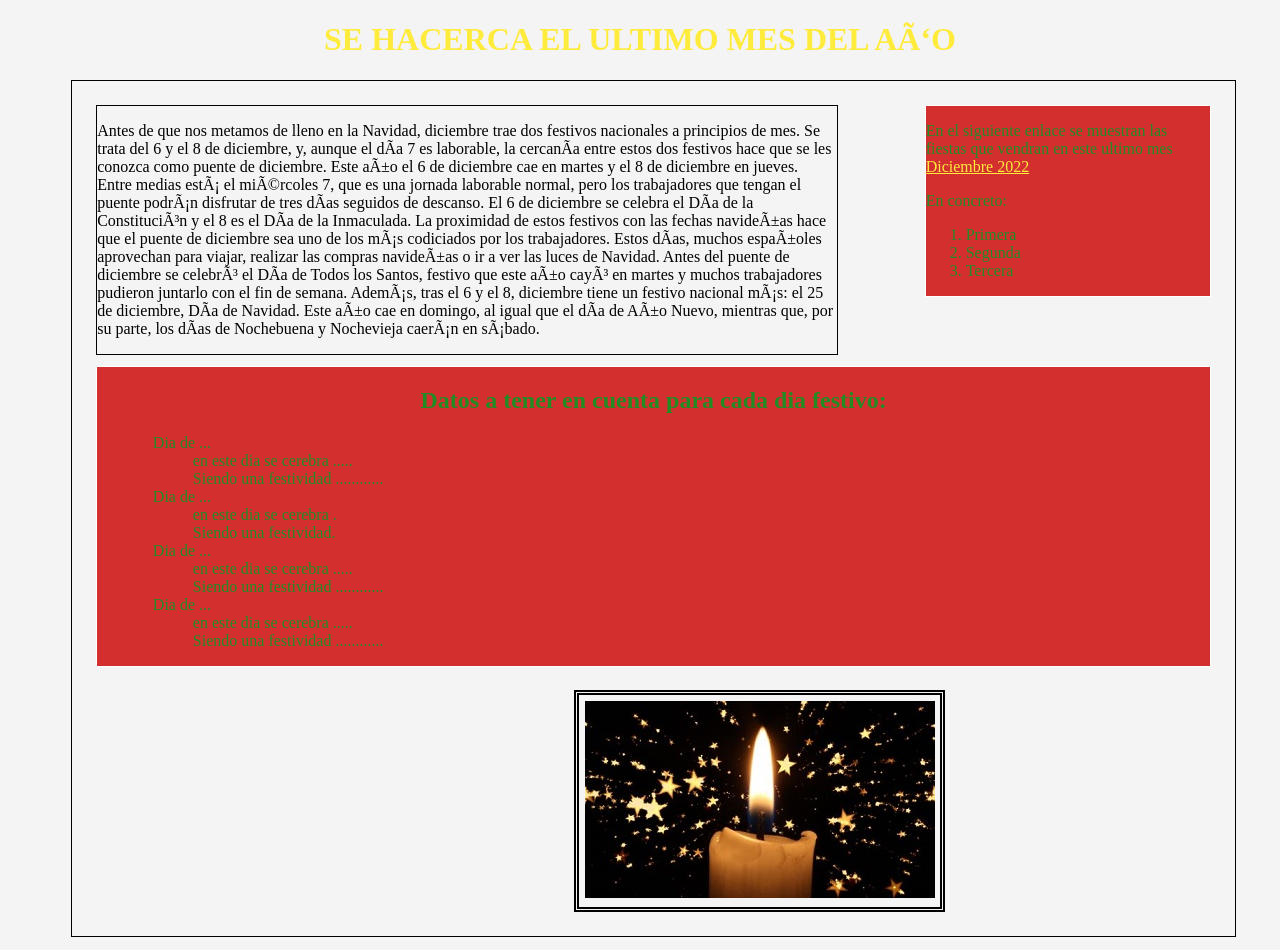
Repository: demoniers/clase
Page: lenguajes/examen2/src/index.html
These files come from the project's save history. The page is drawn as it stood at one moment and after the next save; the edit follows.
The browser window is 1280 px wide. The pictures show the whole page.

Above is the page before, as saved 2024-11-06 13:51:41.

After the next save:
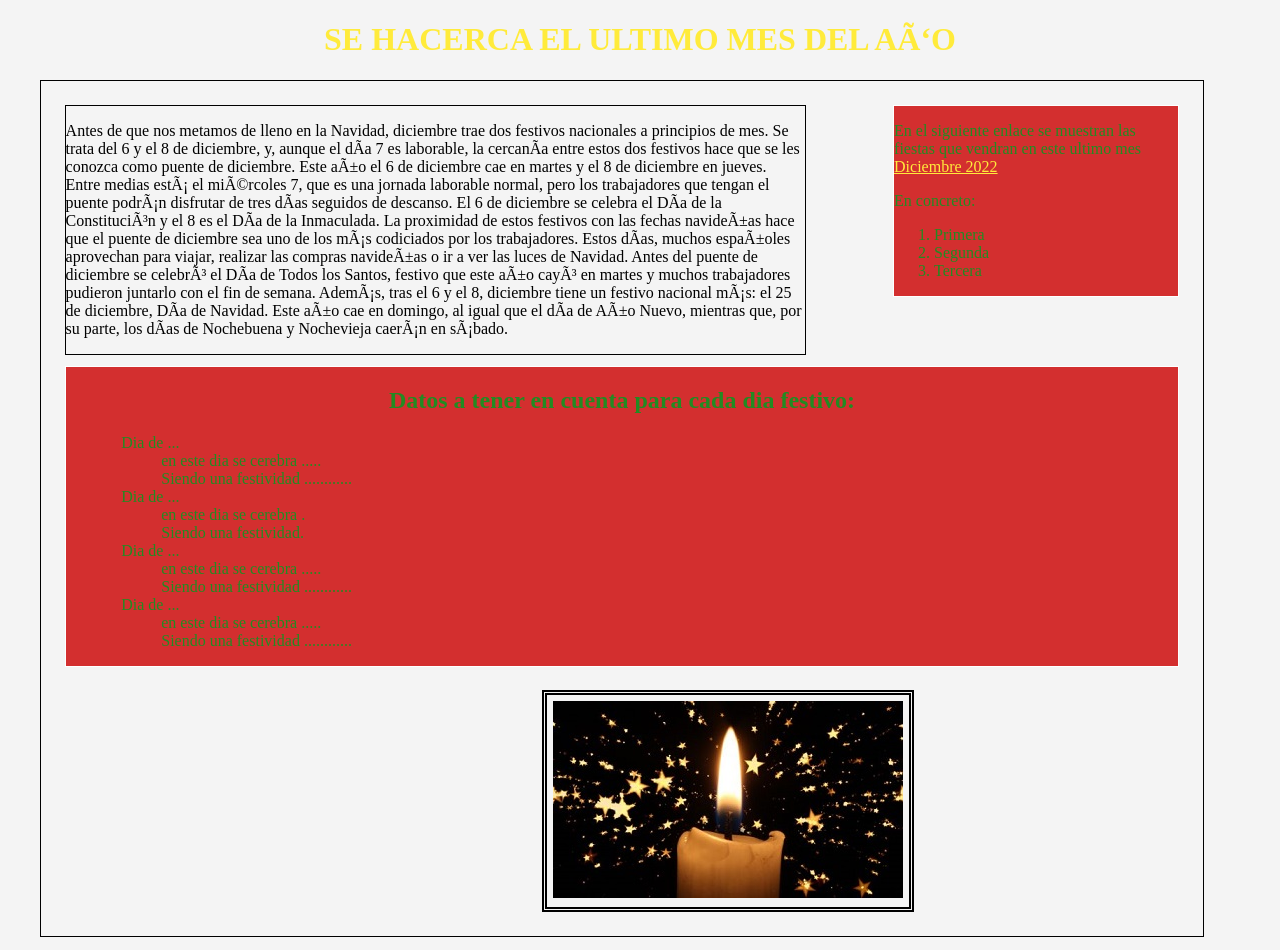
Saved 13 s later.
--- a/lenguajes/examen2/style/style.css
+++ b/lenguajes/examen2/style/style.css
@@ -7,7 +7,7 @@
 #container {
     border: 1px solid black;
     padding: 1%;
-    margin-left: 5%;
+    margin-left: 2.5%;
     margin-right: 5%;
     height: 9s0%;
     width: 90%;

After the save that followed:
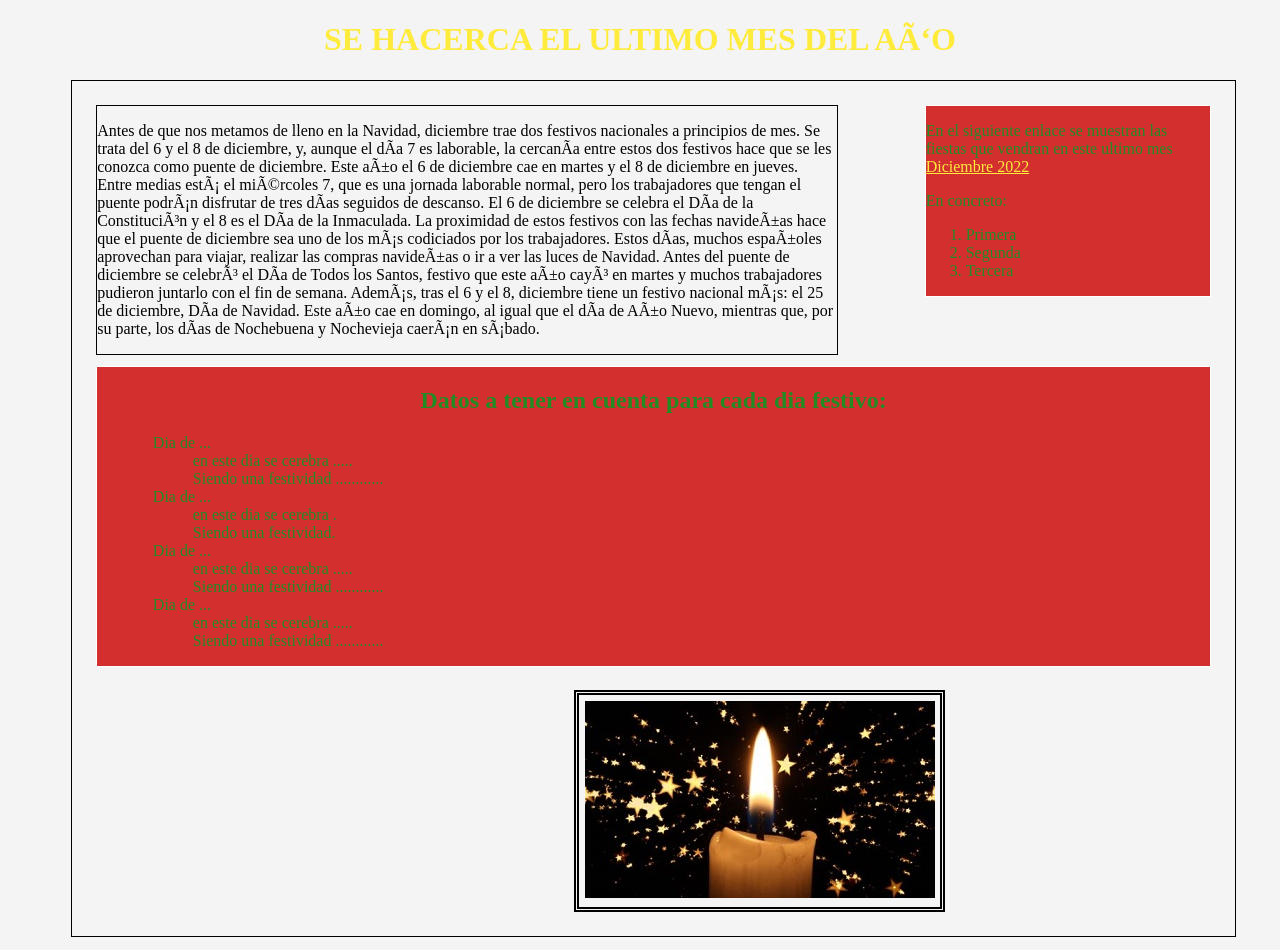
Saved 7 s later.
--- a/lenguajes/examen2/style/style.css
+++ b/lenguajes/examen2/style/style.css
@@ -7,7 +7,7 @@
 #container {
     border: 1px solid black;
     padding: 1%;
-    margin-left: 2.5%;
+    margin-left: 5%;
     margin-right: 5%;
     height: 9s0%;
     width: 90%;
